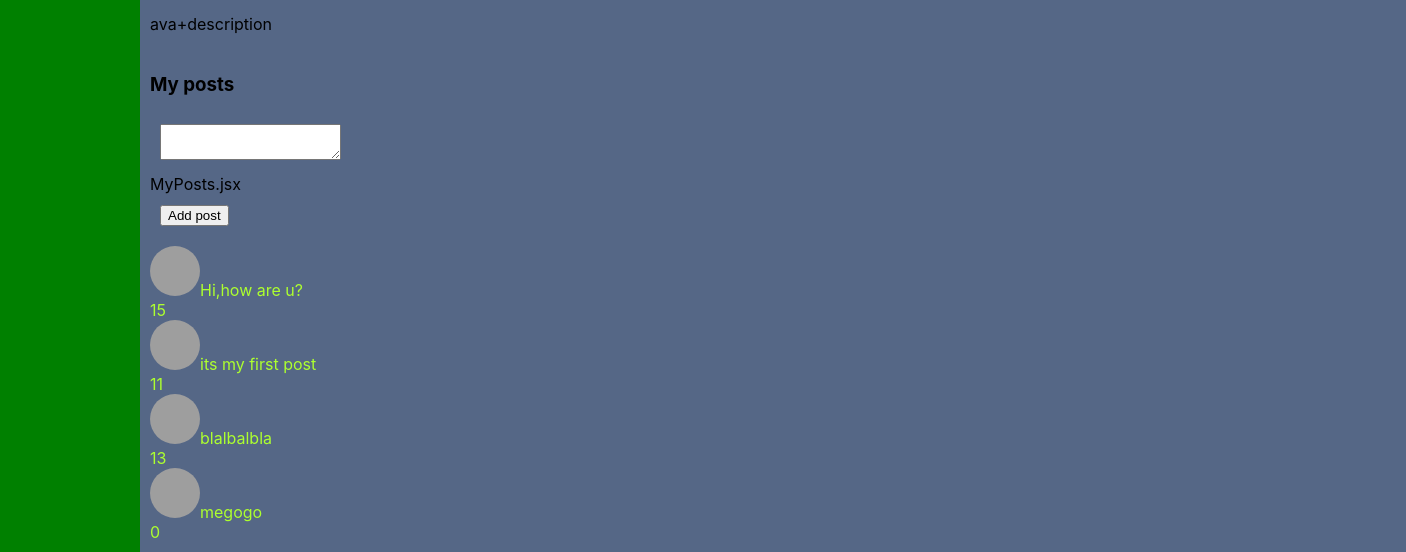
Repository: AndreyMykulych/FirstProject
Page: /profile
These files come from the project's save history. The page is drawn as it stood at one moment and after the next save; the edit follows.
The browser window is 1280 px wide. The page is 1406 px wide, so the pictures cover 1406 px, including what lies to the right of the window. The pictures show the part of the page from y = 260 to 812 px (the page is 812 px tall before and 792 px after).
Pictures or frames that could not be fetched are drawn as grey boxes. The project was rebuilt for these pictures with package versions that can differ from the ones it lists, and the page was loaded fresh each time. Also part of the build but not shown: src/components/Dialogs/Dialogs.module.css, src/components/Dialogs/DialogName/DialogName.jsx, src/components/Dialogs/DialogMessage/DialogMessage.jsx, src/components/Dialogs/Dialogs.jsx.

Above is the page before, as saved 2022-06-13 20:27:35.

After the next save:
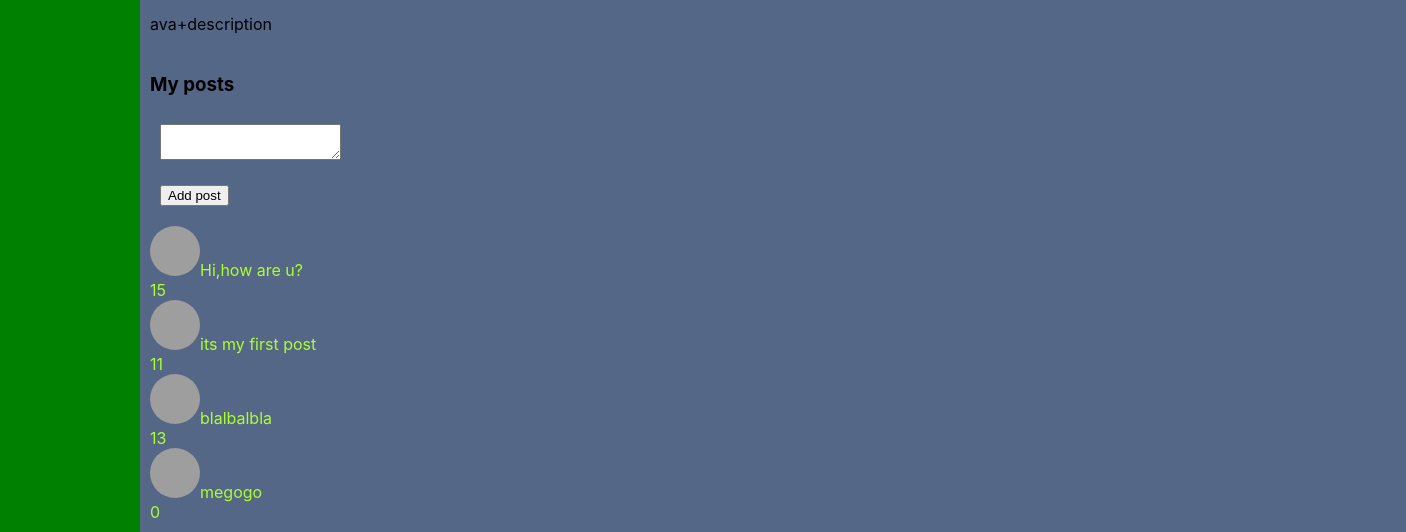
Saved 37 s later.
--- a/src/components/Profile/MyPosts/MyPosts.jsx
+++ b/src/components/Profile/MyPosts/MyPosts.jsx
@@ -23,7 +23,7 @@ const MyPosts = (props) => {
                    ref={newPostElement}
                    value={props.newPostText}
                    />
-         </div>MyPosts.jsx
+         </div>
          <div className={s.addPostButton}>
                <button onClick={ addPost }>Add post</button>
          </div>
